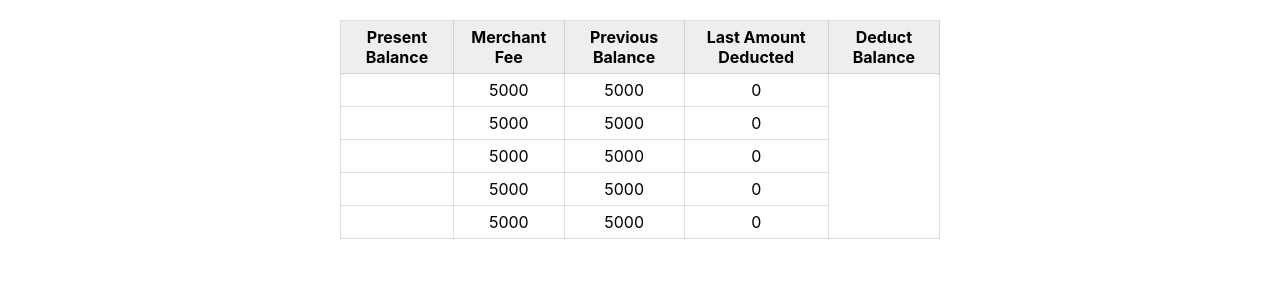
Repository: Anubhavgarg/pomelopay
Page: / (app in my-app/)
These files come from the project's save history. The page is drawn as it stood at one moment and after the next save; the edit follows.
The browser window is 1280 px wide. The pictures show the whole page.
The project was rebuilt for these pictures with package versions that can differ from the ones it lists, and the page was loaded fresh each time.

Above is the page before, as saved 2020-02-22 00:21:48.

### my-app/src/App.js
import React from 'react';
import './App.css';

function App() {
  const [itemList, setItemList] = React.useState({
    list: []
  });
  React.useEffect(() => {
    fetch('http://localhost:3000/App.json')
      .then(results => results.json())
      .then(data => {
        console.log("data:", data);
        setItemList({ ...itemList, list: data.response });
      });
  }, []);
  return (
    <div className="App">
      <table>
        <thead>
          <tr>
            <th>Present Balance</th>
            <th>Merchant Fee</th>
            <th>Previous Balance</th>
            <th>Last Amount Deducted</th>
            <th>Deduct Balance</th>
          </tr>
        </thead>
        <tbody>
          {
            itemList.list.map(item => {
              return (
                <tr key={item.presentBalance}>
                  <td>{item.merhantFee}</td>
                  <td>{item.previousBalance}</td>
                  <td>{item.lastAmountDeducted}</td>
                  <td>{item.deductBalance}</td>
                </tr>
              )
            })
          }

        </tbody>
      </table>
    </div>
  );
}

export default App;

### my-app/src/App.css
.App {
  text-align: center;
}

table{
  width: 100%;
  max-width: 600px;
  margin: 20px auto;
  border-collapse: collapse;
}

table, th, td {
  border: 1px solid rgba(102,102,102,0.2);
}
th,td{
  padding: 6px 10px;
}
th{
  background-color: #eee;
}

### my-app/public/App.json
{
    "response": [{
        "id":1,
        "presentBalance": 10000,
        "merchantFee": 50,
        "previousBalance": 5000,
        "lastAmountDeducted": 5000,
        "deductBalance": 0
    }, {
        "id":2,
        "presentBalance": 100000,
        "merchantFee": 50,
        "previousBalance": 5000,
        "lastAmountDeducted": 5000,
        "deductBalance": 0
    }, {
        "id":3,
        "presentBalance": 50000,
        "merchantFee": 50,
        "previousBalance": 5000,
        "lastAmountDeducted": 5000,
        "deductBalance": 0
    }, {
        "id":4,
        "presentBalance": 300000,
        "merchantFee": 50,
        "previousBalance": 5000,
        "lastAmountDeducted": 5000,
        "deductBalance": 0
    }, {
        "id":5,
        "presentBalance": 34000,
        "merchantFee": 50,
        "previousBalance": 5000,
        "lastAmountDeducted": 5000,
        "deductBalance": 0
    }]
}

Loaded but not shown: my-app/public/index.html (common file); my-app/src/index.js (common file); my-app/src/index.css (common file); my-app/src/serviceWorker.js (common file)

After the next save:
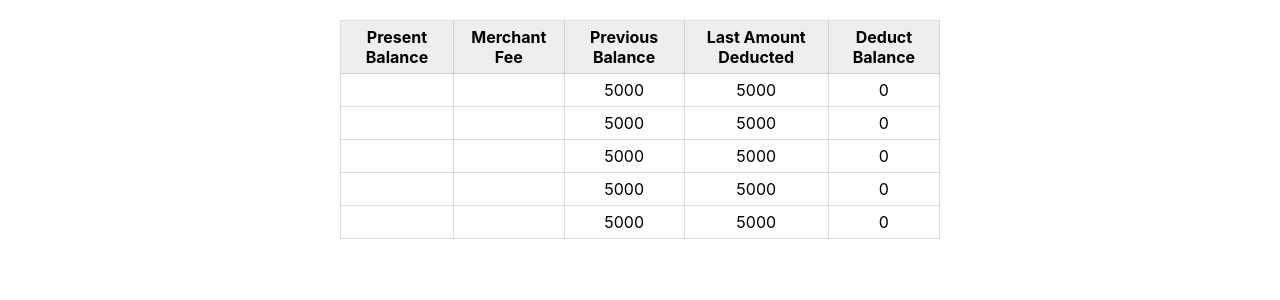
Saved 20 s later.
--- a/my-app/src/App.js
+++ b/my-app/src/App.js
@@ -30,6 +30,7 @@ function App() {
             itemList.list.map(item => {
               return (
                 <tr key={item.presentBalance}>
+                    <td>{item.merhantFee}</td>
                   <td>{item.merhantFee}</td>
                   <td>{item.previousBalance}</td>
                   <td>{item.lastAmountDeducted}</td>
